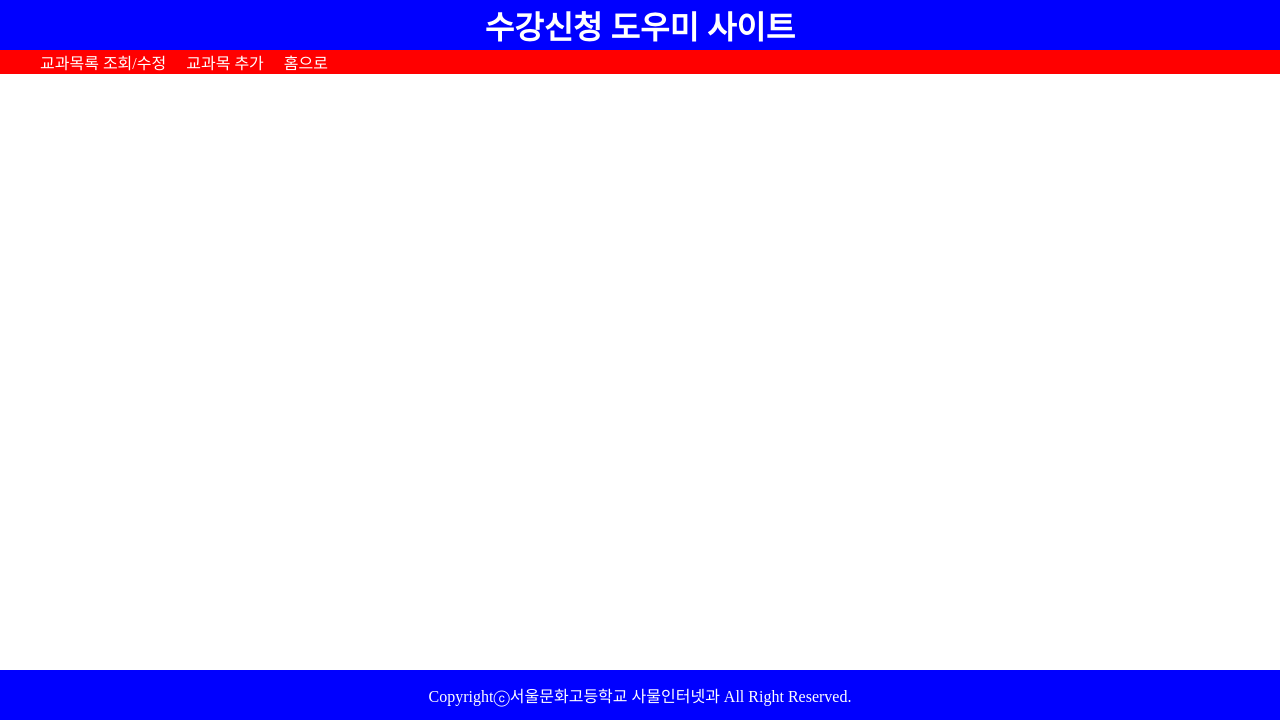
Repository: yuuki08noah/CHUNGCHUSANKI
Page: http://localhost/HRD_002/
The author's editor kept a copy of each file at every save. The page is drawn from the files as they stood at one save, then again after the next save.
The browser window is 1280 px wide. The pictures show the whole page.
The page is served by Tomcat 9.

Above is the page before, as saved 2025-04-01 07:51:50.

After the next save:
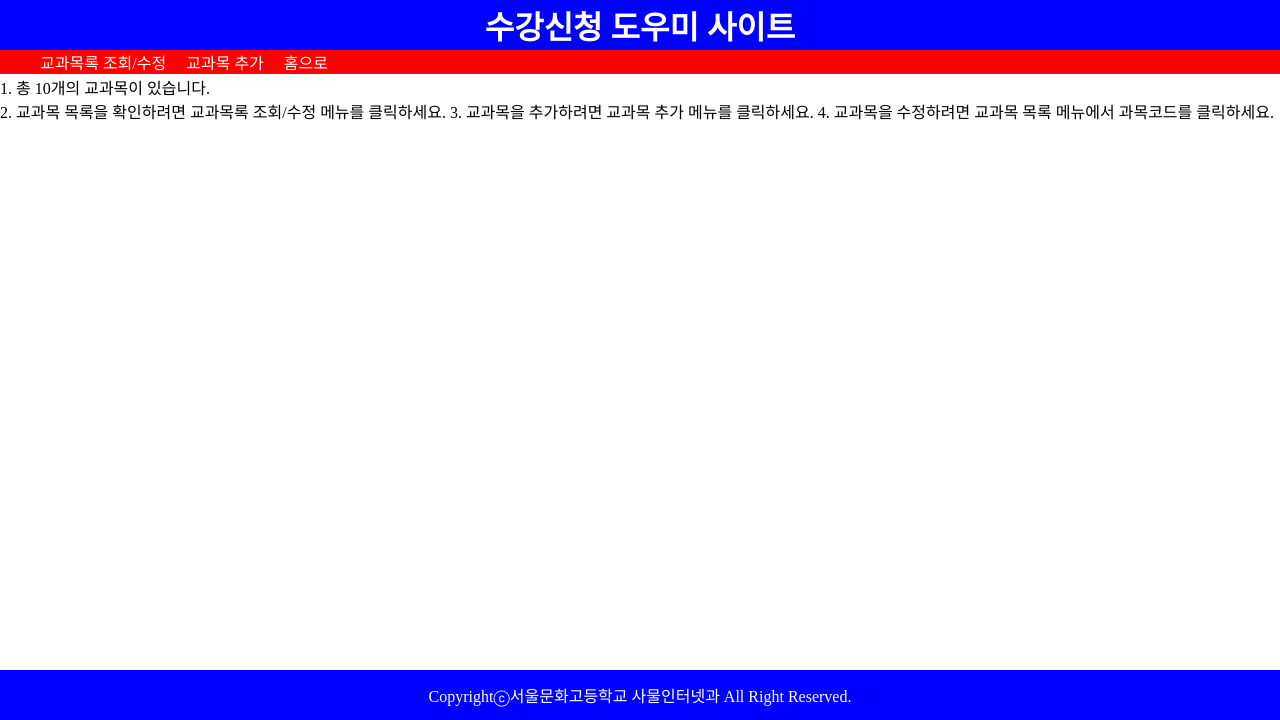
Saved 59 s later.
--- a/HRD_002/src/main/webapp/index.jsp
+++ b/HRD_002/src/main/webapp/index.jsp
@@ -12,7 +12,10 @@
 		<div style="text-align: center;">
 			<h2>수강신청 관리 프로그램</h2>
 		</div>
-
+		1. 총 10개의 교과목이 있습니다.<br>
+		2. 교과목 목록을 확인하려면 교과목록 조회/수정 메뉴를 클릭하세요.
+		3. 교과목을 추가하려면 교과목 추가 메뉴를 클릭하세요.
+		4. 교과목을 수정하려면 교과목 목록 메뉴에서 과목코드를 클릭하세요.
 	</section>
 	<jsp:include page="footer.jsp"/>
 </body>
